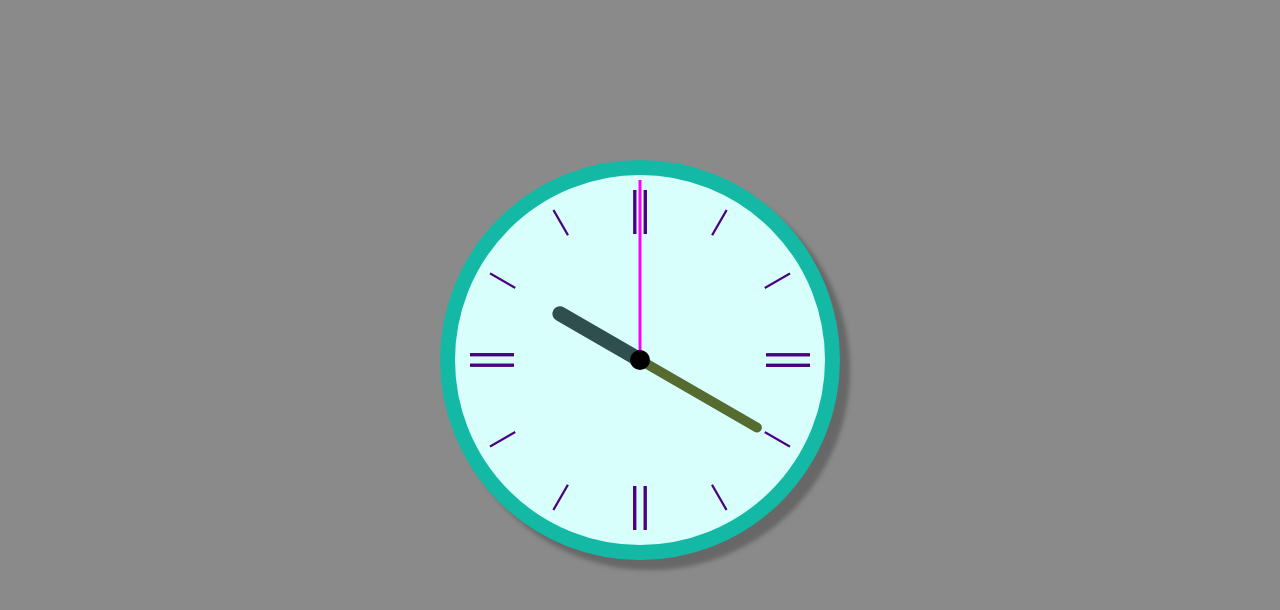
Repository: ChenWarren/web-clock
Page: index.html
The author's editor kept a copy of each file at every save. The page is drawn from the files as they stood at one save, then again after the next save.
The browser window is 1280 px wide. The pictures show the whole page.

Above is the page before, as saved 2021-03-19 10:06:26.

After the next save:
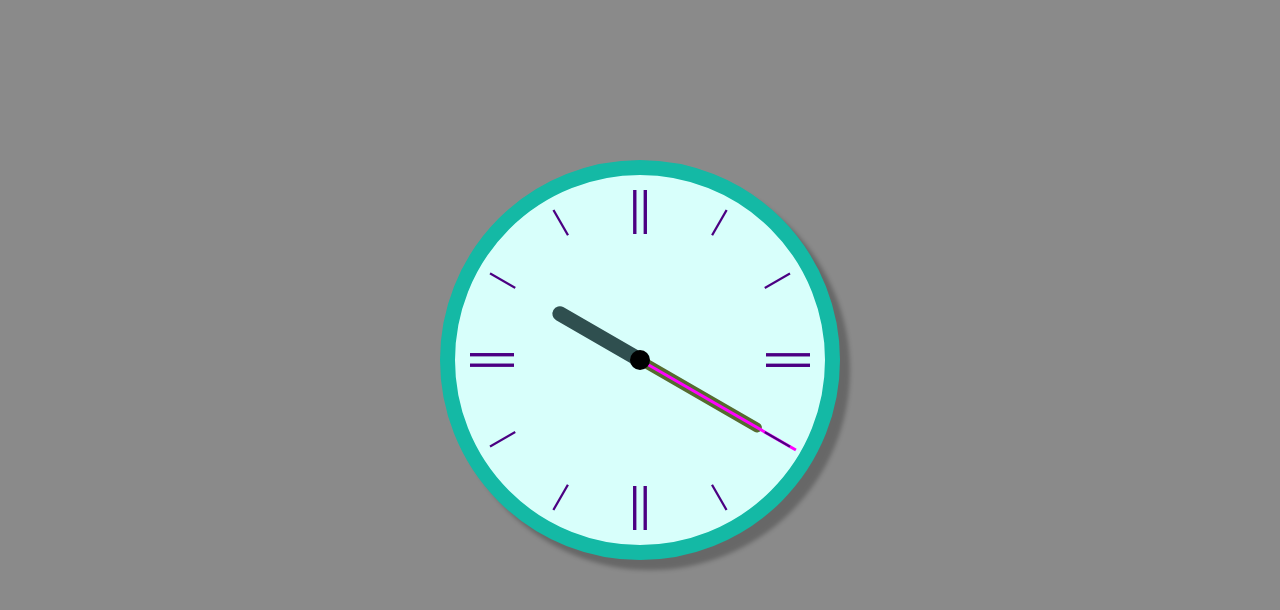
Saved 9 s later.
--- a/clock.js
+++ b/clock.js
@@ -17,7 +17,7 @@ function setClock()
 
     hour.style.setProperty('--rotation', hourDeg)
     minute.style.setProperty('--rotation', minuteDeg)
-    minute.style.setProperty('--rotation', minuteDeg)
+    second.style.setProperty('--rotation', minuteDeg)
 
     console.log(hourDeg)
     console.log(minuteDeg)
